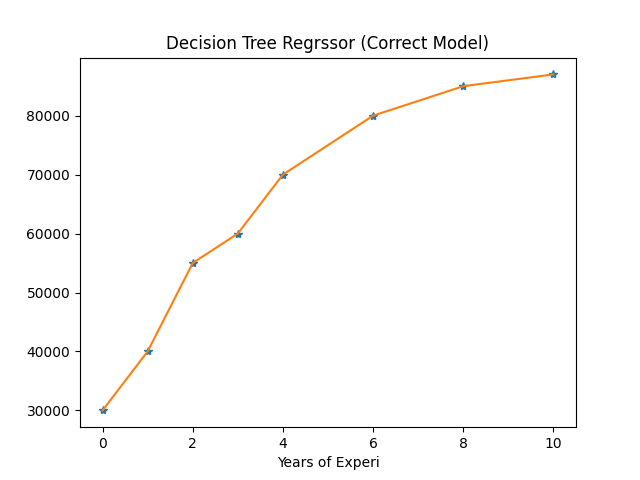
Repository: AbolfazlDargi/The-EXTENT-of-the-impact-of-rights
Script's output: python main.py
An editor plug-in stored every save of this project. The script's output is shown before and after a run of saves, followed by the edit.
Random numbers start from a fixed seed.

Above is the script's output before, as saved 2025-12-10 22:02:47.

After the next 5 saves:
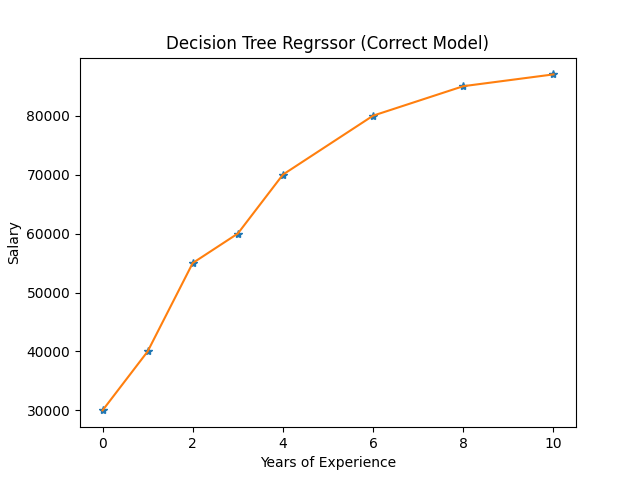
The 5 saves are shown as one change because 2 did not build or start and some came seconds apart.
The last was saved 7 min 10 s later.
--- a/main.py
+++ b/main.py
@@ -16,5 +16,6 @@ y_predict = model.predict(years_of_experience)
 plt.plot(years_of_experience, years_salieser, '*',)
 plt.plot(years_of_experience, y_predict)
 plt.title('Decision Tree Regrssor (Correct Model)')
-plt.xlabel('Years of Experi')
+plt.xlabel('Years of Experience')
+plt.ylabel('Salary')
 plt.show()
